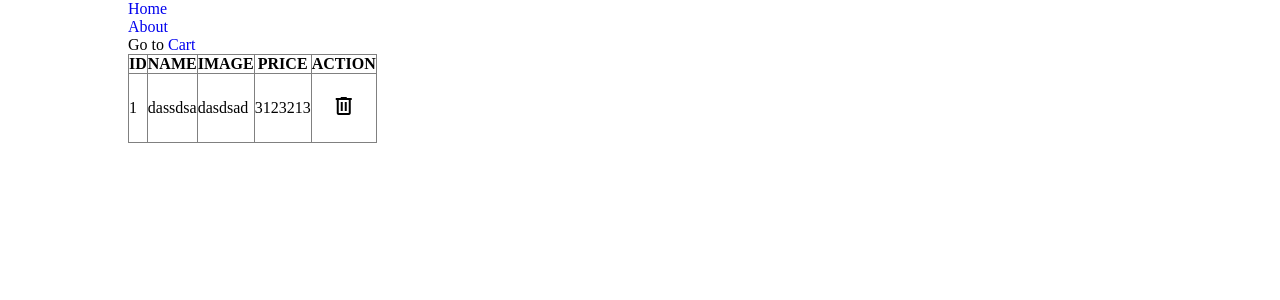
Repository: tuankiet10920/vuejs
Page: /cart
The author's editor kept a copy of each file at every save. The page is drawn from the files as they stood at one save, then again after the next save.
The browser window is 1280 px wide. The pictures show the whole page.
The project was rebuilt for these pictures with package versions that can differ from the ones it lists, and the page was loaded fresh each time. Also part of the build but not shown: vite.config.js.

Above is the page before, as saved 2024-08-23 12:51:03.

After the next save:
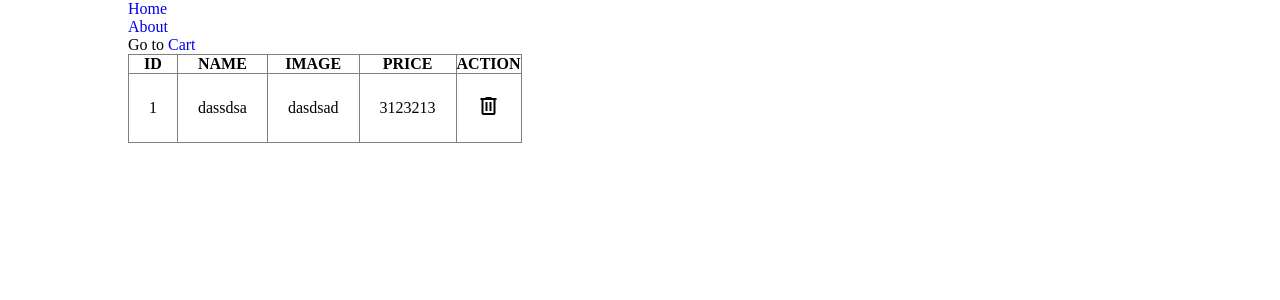
Saved 4 s later.
--- a/src/views/CartView.vue
+++ b/src/views/CartView.vue
@@ -27,6 +27,6 @@
 
 <style scoped>
     td{
-        padding: 20px 0px;
+        padding: 20px;
     }
 </style>
